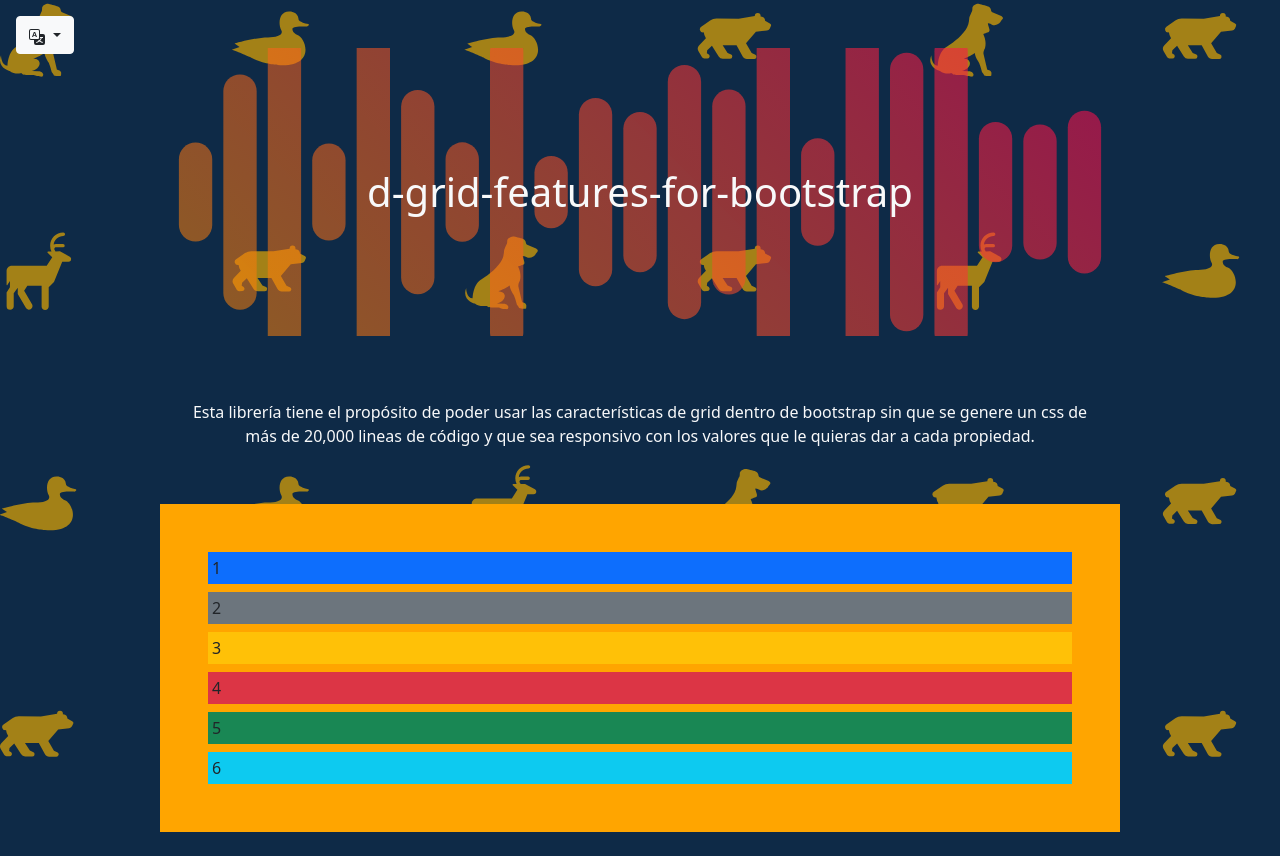
Repository: LynxPardelle/d-grid-features-for-bootstrap
Page: index.html
These files come from the project's save history. The page is drawn as it stood at one moment and after the next save; the edit follows.
The browser window is 1280 px wide. The pictures show the whole page.

Above is the page before, as saved 2022-06-22 18:21:47.
Not found: gfbs-styles.css

### index.html
<!DOCTYPE html>
<html lang="es">
  <head>
    <meta charset="UTF-8" />
    <meta http-equiv="X-UA-Compatible" content="IE=edge" />
    <meta name="viewport" content="width=device-width, initial-scale=1.0" />
    <meta name="author" content="Lynx Pardelle" />
    <title>d-grid-features-for-bootstrap</title>
    <link
      href="https://cdn.jsdelivr.net/npm/bootstrap@5.1.3/dist/css/bootstrap.min.css"
      rel="stylesheet"
      integrity="sha384-1BmE4kWBq78iYhFldvKuhfTAU6auU8tT94WrHftjDbrCEXSU1oBoqyl2QvZ6jIW3"
      crossorigin="anonymous"
    />
    <link rel="stylesheet" href="./style.css" />
    <link rel="stylesheet" href="./gfbs-styles.css" />
  </head>
  <body>
    <!-- Change Language -->
    <div class="dropdown">
      <button
        id="switch-lang"
        class="d-block btn btn-light text-dark position-fixed top-0 start-0 mt-3 ms-3 dropdown-toggle"
        type="button"
        id="dropDownLang"
        data-bs-toggle="dropdown"
        aria-expanded="false"
      >
        <svg
          xmlns="http://www.w3.org/2000/svg"
          width="16"
          height="16"
          fill="currentColor"
          class="bi bi-translate"
          viewBox="0 0 16 16"
        >
          <path
            d="M4.545 6.714 4.11 8H3l1.862-5h1.284L8 8H6.833l-.435-1.286H4.545zm1.634-.736L5.5 3.956h-.049l-.679 2.022H6.18z"
          />
          <path
            d="M0 2a2 2 0 0 1 2-2h7a2 2 0 0 1 2 2v3h3a2 2 0 0 1 2 2v7a2 2 0 0 1-2 2H7a2 2 0 0 1-2-2v-3H2a2 2 0 0 1-2-2V2zm2-1a1 1 0 0 0-1 1v7a1 1 0 0 0 1 1h7a1 1 0 0 0 1-1V2a1 1 0 0 0-1-1H2zm7.138 9.995c.193.301.402.583.63.846-.748.575-1.673 1.001-2.768 1.292.178.217.451.635.555.867 1.125-.359 2.08-.844 2.886-1.494.777.665 1.739 1.165 2.93 1.472.133-.254.414-.673.629-.89-1.125-.253-2.057-.694-2.82-1.284.681-.747 1.222-1.651 1.621-2.757H14V8h-3v1.047h.765c-.318.844-.74 1.546-1.272 2.13a6.066 6.066 0 0 1-.415-.492 1.988 1.988 0 0 1-.94.31z"
          />
        </svg>
      </button>
      <ul class="dropdown-menu" aria-labelledby="dropDownLang">
        <li>
          <button class="w-100 btn text-center" onclick="SwitchLang('es')">
            Español
          </button>
        </li>
        <hr />
        <li>
          <button class="w-100 btn text-center" onclick="SwitchLang('en')">
            English
          </button>
        </li>
      </ul>
    </div>

    <h1 class="text-center text-light my-5">d-grid-features-for-bootstrap</h1>

    <div class="text-center text-light p-3 my-3 w-75 mx-auto">
      <p lang="en">
        This library has the purpose of being able to use the grid features
        within bootstrap without generating a css of more than 20,000 lines of
        code and that is responsive with the values that you want to give to
        each property.
      </p>
      <p lang="es">
        Esta librería tiene el propósito de poder usar las características de
        grid dentro de bootstrap sin que se genere un css de más de 20,000
        lineas de código y que sea responsivo con los valores que le quieras dar
        a cada propiedad.
      </p>
    </div>

    <!-- <section class="d-grid bg-dark" data-gfbs data-gfbs-gtc="repeat(4, 1fr)" data-gfbs-gtr="repeat(2, 50px)" > -->
    <!-- <section class="d-grid bg-dark" data-gfbs data-gfbs-gta='"f f b c c a"" f f d e e a"'> -->
    <section
      class="d-grid w-75 mx-auto my-4"
      data-gfbs
      data-gfbs-custom="background-color: black; padding: 1rem;"
      data-gfbs-custom-sm="background-color: pink; padding: 2rem;"
      data-gfbs-custom-md="background-color: orange; padding: 3rem;"
      data-gfbs-gt='
      [row1-start] "a a b ." 12.5px [row1-end]
      [row2-start] "a a b ." 12.5px [row2-end]
      [row3-start] "c c b d" 12.5px [row3-end]
      [row4-start] "c c b d" 12.5px [row4-end]
      [row5-start] "e e e d" 12.5px [row5-end]
      [row6-start] "e e e d" 12.5px [row6-end]
      [row7-start] ". f f f" 12.5px [row7-end]
      [row8-start] ". f f f" 12.5px [row8-end]
      [row9-start] "g g g g" 25px [row9-end]
      / 2fr 1fr 1fr 3fr'
      data-gfbs-gt-sm='
      [row1-start] "a b b ." 25px [row1-end]
      [row2-start] "a b b ." 25px [row2-end]
      [row3-start] "c c c ." 25px [row3-end]
      [row4-start] "c c c ." 25px [row4-end]
      [row5-start] "e e d d" 25px [row5-end]
      [row6-start] "e e d d" 25px [row6-end]
      [row7-start] ". f f ." 25px [row7-end]
      [row8-start] ". f f ." 25px [row8-end]
      [row9-start] "g g g g" 50px [row9-end]
      / 1fr 2fr 2fr 1fr'
      data-gfbs-gt-md='
      [row1-start] "a a a b" 37.5px [row1-end]
      [row2-start] "a a a b" 37.5px [row2-end]
      [row3-start] "c c d d" 37.5px [row3-end]
      [row4-start] "c c d d" 37.5px [row4-end]
      [row5-start] "e e d d" 37.5px [row5-end]
      [row6-start] "e e d d" 37.5px [row6-end]
      [row7-start] "f f f f" 37.5px [row7-end]
      [row8-start] "g g g g" 37.5px [row8-end]
      [row9-start] "g g g g" 75px [row9-end]
      / 1fr 2fr 2fr 1fr'
      data-gfbs-gt-lg='
      [row1-start] "a a b ." 50px [row1-end]
      [row2-start] "a a b ." 50px [row2-end]
      [row3-start] "c c b d" 50px [row3-end]
      [row4-start] "c c b d" 50px [row4-end]
      [row5-start] "e e e d" 50px [row5-end]
      [row6-start] "e e e d" 50px [row6-end]
      [row7-start] ". f f f" 50px [row7-end]
      [row8-start] ". f f f" 50px [row8-end]
      [row9-start] "g g g g" 100px [row9-end]
      / 1fr 2fr 2fr 1fr'
      data-gfbs-gt-xl='
      [row1-start] "a a b ." 62.5px [row1-end]
      [row2-start] "a a b ." 62.5px [row2-end]
      [row3-start] "c c b d" 62.5px [row3-end]
      [row4-start] "c c b d" 62.5px [row4-end]
      [row5-start] "e e e d" 62.5px [row5-end]
      [row6-start] "e e e d" 62.5px [row6-end]
      [row7-start] ". f f f" 62.5px [row7-end]
      [row8-start] ". f f f" 62.5px [row8-end]
      [row9-start] "g g g g" 125px [row9-end]
      / 1fr 2fr 2fr 1fr'
      data-gfbs-gt-xxl='
      [row1-start] "a a b ." 87.5px [row1-end]
      [row2-start] "a a b ." 87.5px [row2-end]
      [row3-start] "c c b d" 87.5px [row3-end]
      [row4-start] "c c b d" 87.5px [row4-end]
      [row5-start] "e e e d" 87.5px [row5-end]
      [row6-start] "e e e d" 87.5px [row6-end]
      [row7-start] ". f f f" 87.5px [row7-end]
      [row8-start] ". f f f" 87.5px [row8-end]
      [row9-start] "g g g g" 150px [row9-end]
      / 1fr 2fr 2fr 1fr'
      data-gfbs-gap="0.5rem"
    >
      <!-- data-gfbs-cg="1rem"
      data-gfbs-rg="1rem" -->
      <div
        data-gfbs
        data-gfbs-iga="a"
        data-gfbs-iga-sm="g"
        class="bg-primary p-1"
      >
        1
      </div>

      <div data-gfbs data-gfbs-iga="b" class="bg-secondary p-1">2</div>
      <div data-gfbs data-gfbs-iga="c" class="bg-warning p-1">3</div>
      <div
        data-gfbs
        data-gfbs-iga="d"
        data-gfbs-iga-lg="f"
        class="bg-danger p-1"
      >
        4
      </div>
      <div data-gfbs data-gfbs-iga="e" class="bg-success p-1">5</div>
      <div data-gfbs data-gfbs-iga="f" data-gfbs-iga-md="a" class="bg-info p-1">
        6
      </div>
    </section>

    <script
      src="https://cdn.jsdelivr.net/npm/bootstrap@5.1.3/dist/js/bootstrap.bundle.min.js"
      integrity="sha384-ka7Sk0Gln4gmtz2MlQnikT1wXgYsOg+OMhuP+IlRH9sENBO0LRn5q+8nbTov4+1p"
      crossorigin="anonymous"
    ></script>
    <script src="./d-grid.js"></script>
    <script src="./langChanger.js"></script>
  </body>
</html>

### d-grid.js
"use strict";

let alreadyCreatedClasses = [];
let alreadyCreatedClassesNames = [];

async function GridCreate() {
  try {
    let sheets = [...document.styleSheets];
    let filetedSheet = [];
    for (let sheet of sheets) {
      if (sheet.href?.includes("gfbs-styles")) {
        filetedSheet.push(sheet);
      }
    }
    sheets = filetedSheet;
    let startTimeGridCreat = performance.now();
    // let wWidth = window.innerWidth;
    let gridElements = document.querySelectorAll("[data-gfbs]");
    let gfbsStringed = "";
    let gfbsStringedSM = "";
    let gfbsStringedMD = "";
    let gfbsStringedLG = "";
    let gfbsStringedXl = "";
    let gfbsStringedXXL = "";
    for (let gridElement of gridElements) {
      let newClasses = [];
      for (let attribute of gridElement.attributes) {
        let at = attribute.localName;
        let attValue = attribute.value;

        if (at.includes("gfbs-")) {
          let gfb = at.replace("data-", "");
          let newRandomClassName;
          do {
            newRandomClassName = await randomString(8);
          } while (
            alreadyCreatedClassesNames.includes(`${gfb}-${newRandomClassName}`)
          );
          let gfbStringed = `.${gfb}-${newRandomClassName}`;
          let aCrClMessage;
          for (let aCrCl of alreadyCreatedClasses) {
            let aClass = aCrCl.split("DIVISOR")[0];
            let aAttVal = aCrCl.split("DIVISOR")[1];
            if (attValue === aAttVal) {
              newClasses.push(aClass);
              aCrClMessage = "continue";
            }
          }
          if (aCrClMessage === "continue") {
            continue;
          }
          /* let cssRules = sheets.map((s) =>
            [...s.cssRules]
              .reverse()
          );
          console.log(cssRules); */
          if (
            sheets
              .map((s) =>
                [...s.cssRules]
                  .reverse()
                  .find((i) => i.cssText.includes(gfbStringed))
              )
              .filter((i) => i)
              .pop()
          ) {
            continue;
          }
          alreadyCreatedClasses.push(
            `${gfb}-${newRandomClassName}DIVISOR${attValue}`
          );
          newClasses.push(`${gfb}-${newRandomClassName}`);
          let gfbSplited = await gfb.split("-");
          let hasBP = false;
          let property = gfbSplited[1];
          if (
            gfbSplited[2] === "sm" ||
            gfbSplited[2] === "md" ||
            gfbSplited[2] === "lg" ||
            gfbSplited[2] === "xl" ||
            gfbSplited[2] === "xxl"
          ) {
            hasBP = true;
          }
          attValue = attValue.replace(/\n/g, "").replace(/\s\s/g, "");
          switch (property) {
            // Container
            case "custom":
              gfbStringed += `{${attValue}}`;
              break;
            case "gtc":
              gfbStringed += `{grid-template-columns:${attValue};}`;
              break;
            case "gtr":
              gfbStringed += `{gridTemplateRows:${attValue};}`;
              break;
            case "gta":
              gfbStringed += `{gridTemplateAreas:${attValue};}`;
              break;
            case "gt":
              gfbStringed += `{gridTemplate:${attValue};}`;
              break;
            case "cg":
              gfbStringed += `{columnGap:${attValue};}`;
              break;
            case "rg":
              gfbStringed += `{rowGap:${attValue};}`;
              break;
            case "gap":
              gfbStringed += `{gap:${attValue};}`;
              break;
            case "ji":
              gfbStringed += `{justifyItems:${attValue};}`;
              break;
            case "ai":
              gfbStringed += `{alignItems:${attValue};}`;
              break;
            case "pi":
              gfbStringed += `{placeItems:${attValue};}`;
              break;
            case "jc":
              gfbStringed += `{justifyContent:${attValue};}`;
              break;
            case "ac":
              gfbStringed += `{alignContent:${attValue};}`;
              break;
            case "pc":
              gfbStringed += `{placeContent:${attValue};}`;
              break;
            case "gac":
              gfbStringed += `{gridAutoColumns:${attValue};}`;
              break;
            case "gar":
              gfbStringed += `{gridAutoRows:${attValue};}`;
              break;
            case "gaf":
              gfbStringed += `{gridAutoFlow:${attValue};}`;
              break;
            case "grid":
              gfbStringed += `{grid:${attValue};}`;
              break;

            // Item
            case "gcs":
              gfbStringed += `{gridColumnStart:${attValue};}`;
              break;
            case "gce":
              gfbStringed += `{gridColumnEnd:${attValue};}`;
              break;
            case "gc":
              gfbStringed += `{gridColumn:${attValue};}`;
              break;
            case "grs":
              gfbStringed += `{gridRowStart:${attValue};}`;
              break;
            case "gre":
              gfbStringed += `{gridRowEnd:${attValue};}`;
              break;
            case "gr":
              gfbStringed += `{gridRow:${attValue};}`;
              break;
            case "iga":
              gfbStringed += `{gridArea:${attValue};}`;
              break;
            case "js":
              gfbStringed += `{justifySelf:${attValue};}`;
              break;
            case "as":
              gfbStringed += `{alignSelf:${attValue};}`;
              break;
            case "ps":
              gfbStringed += `{placeSelf:${attValue};}`;
              break;
          }
          for (let cssProperty of gfbStringed.split(";")) {
            if (!cssProperty.includes("!important") && cssProperty.length > 5) {
              gfbStringed = gfbStringed.replace(
                cssProperty,
                cssProperty + " !important"
              );
            }
          }

          if (gfbStringed.includes("{") && gfbStringed.includes("}")) {
            if (hasBP === true) {
              gfbStringed = gfbStringed.replace(/\//g, "");
              switch (gfbSplited[2]) {
                case "sm":
                  gfbsStringedSM += gfbStringed;
                  break;
                case "md":
                  gfbsStringedMD += gfbStringed;
                  break;
                case "lg":
                  gfbsStringedLG += gfbStringed;
                  break;
                case "xl":
                  gfbsStringedXl += gfbStringed;
                  break;
                case "xxl":
                  gfbsStringedXXL += gfbStringed;
                  break;
              }
            } else {
              gfbsStringed += gfbStringed + "DIVGFB";
            }
          }
        }
      }
      /* Here gridElement will get the newClasses */
      for (let newClass of newClasses) {
        gridElement.classList.add(newClass.split("DIVISOR")[0]);
      }
    }
    if (gfbsStringed !== "") {
      for (let gfb of gfbsStringed.split("DIVGFB")) {
        if (gfb !== "") {
          await createCSSRules(gfb);
        }
      }
    }
    if (gfbsStringedSM !== "") {
      await createCSSRules(
        `@media only screen and (min-width: 576px) {${gfbsStringedSM}}`
      );
    }
    if (gfbsStringedMD !== "") {
      await createCSSRules(
        `@media only screen and (min-width: 768px) {${gfbsStringedMD}}`
      );
    }
    if (gfbsStringedLG !== "") {
      await createCSSRules(
        `@media only screen and (min-width: 992px) {${gfbsStringedLG}}`
      );
    }
    if (gfbsStringedXl !== "") {
      await createCSSRules(
        `@media only screen and (min-width: 1200px) {${gfbsStringedXl}}`
      );
    }
    if (gfbsStringedXXL !== "") {
      await createCSSRules(
        `@media only screen and (min-width: 1400px) {${gfbsStringedXXL}}`
      );
    }
    var endTimeGridCreat = performance.now();
    let gfbTimer = document.getElementById("gfbTimer");
    if (gfbTimer) {
      console.log(
        `Call to GridCreat() took ${
          endTimeGridCreat - startTimeGridCreat
        } milliseconds`
      );
      gfbTimer.innerHTML = `
      <p class="my-0">
      Call to GridCreat() took ${
        endTimeGridCreat - startTimeGridCreat
      } milliseconds
      </p>
      `;
    }
  } catch (err) {
    console.log(err);
  }
}
async function createCSSRules(rule) {
  try {
    let sheets = [...document.styleSheets];
    let filetedSheet = [];
    for (let sheet of sheets) {
      if (sheet.href?.includes("gfbs-styles")) {
        filetedSheet.push(sheet);
      }
    }
    sheets = filetedSheet;
    let sheet;
    if (sheets[sheets.length - 1]) {
      sheet = sheets[sheets.length - 1];
    } else {
      sheet = sheets.pop();
    }
    let ruleI;
    ruleI = rule;
    let selector = "";
    let props = "";
    let propsArr = [];
    let ruleOriginal = "";
    if (ruleI && !ruleI.split("{")[0].includes("@media")) {
      selector = ruleI.split("{")[0];
      // CSS (& HTML) reduce spaces in selector to one.
      selector = selector.replace("\n", "").replace(/\s+/g, " ");
      let findRule = (s) =>
        [...s.cssRules].reverse().find((i) => i.cssText.includes(selector));
      ruleOriginal = await sheets
        .map(findRule)
        .filter((i) => i)
        .pop();

      props = ruleI.split("{")[1].split("}")[0];
      props = props.trim();
      if (props.lastIndexOf(";") === props.length - 1) {
        props = props.substring(0, props.length - 1);
      }
      if (props.includes("\n")) {
        let propsN = "";
        props.split("\n").forEach((prop) => {
          prop = prop.trim();
          propsN += " " + prop;
        });
        props = propsN.trim();
      }
      propsArr = props.split(/\s*;\s*/).map((i) => i.split(/\s*:\s*/));
    } else {
      let i = 0;
      let newRule = {
        rule: "",
        prop: "",
      };
      for (let ruleISplit of ruleI.split("{")) {
        if (i === 0) {
          ruleOriginal = [];
          i++;
          continue;
        }
        selector = ruleISplit.includes("}")
          ? ruleISplit.split("}")[ruleISplit.split("}").length - 1]
          : ruleISplit;
        // CSS (& HTML) reduce spaces in selector to one.
        if (selector !== "") {
          selector = selector.replace("\n", "").replace(/\s+/g, " ");
          let findRule = (s) =>
            [...s.cssRules].reverse().find((i) => i.cssText.includes(selector));
          let posibleRule = await sheets
            .map(findRule)
            .filter((i) => i)
            .pop();

          if (posibleRule != undefined) {
            newRule.rule = posibleRule;
          }
        } else {
          props = ruleISplit.includes("}")
            ? ruleISplit.split("}")[0]
            : ruleISplit;

          // CSS (& HTML) reduce spaces in selector to one.
          if (props !== "") {
            props = props.replace("\n", "").replace(/\s+/g, " ");
            if (props.lastIndexOf(";") === props.length - 1) {
              props = props.substring(0, props.length - 1);
            }
            if (props.includes("\n")) {
              let propsN = "";
              props.split("\n").forEach((prop) => {
                prop = prop.trim();
                propsN += " " + prop;
              });
              props = propsN.trim();
            }
            let propArr = props.split(/\s*;\s*/).map((i) => i.split(/\s*:\s*/));
            if (newRule.rule != "") {
              newRule.prop = propArr;
              ruleOriginal.push(newRule);
              newRule = {
                rule: "",
                prop: "",
              };
            }
          }
        }
      }
    }
    console.log(ruleI)
    if (
      (typeof ruleOriginal === "string" && ruleOriginal !== "") ||
      (typeof ruleOriginal === "object" && ruleOriginal[0])
    ) {
      if (ruleOriginal[0]) {
        for (let ruleO of ruleOriginal) {
          console.log(ruleO);
          for (let [prop, val] of ruleO.prop) {
            console.log(prop);
            console.log(val);
            prop = prop
              .replace(/-(.)/g, (a) => {
                return a.toUpperCase();
              })
              .replace(/-/g, "");
            console.log(ruleO.rule);
            ruleO.rule.cssRules[0].style[prop] = await val.split(
              / *!(?=important)/
            );
            console.log(ruleO.rule.cssRules[0]);
          }
        }
      } else {
        for (let [prop, val] of propsArr) {
          console.log(prop);
          prop = prop
            .replace(/-(.)/g, (a) => {
              return a.toUpperCase();
            })
            .replace(/-/g, "");
          ruleOriginal.style[prop] = val.split(/ *!(?=important)/);
        }
      }
    } else {
      await sheet.insertRule(ruleI, sheet.cssRules.length);
    }
  } catch (err) {
    console.log(err);
  }
}

async function randomString(length) {
  let result = "";
  const characters =
    "ABCDEFGHIJKLMNOPQRSTUVWXYZabcdefghijklmnopqrstuvwxyz0123456789";
  const charactersLength = characters.length;
  for (let i = 0; i < length; i++) {
    result += characters.charAt(Math.floor(Math.random() * charactersLength));
  }
  return result;
}

/* const checkIfHasBP = (gridElement, atr) => {
    let hasIt = false;
    for (let attribute of gridElement.attributes) {
      let at = attribute.localName;
      if (at.includes(atr)) {
        switch (true) {
          case "-sm" && wWidth >= 576 && wWidth < 768:
            hasIt = true;
            break;
          case "-md" && wWidth >= 768 && wWidth < 992:
            hasIt = true;
            break;
          case "-lg" && wWidth >= 992 && wWidth < 1200:
            hasIt = true;
            break;
          case "-xl" && wWidth >= 1200 && wWidth < 1400:
            hasIt = true;
            break;
          case "-xxl" && wWidth >= 1400:
            hasIt = true;
            break;
        }
      }
    }

    return hasIt;
  }; */

if (window) {
  window.onload = GridCreate();
  window.addEventListener("resize", GridCreate);
}

if (typeof exports != "undefined") {
  exports.GridCreate = GridCreate(() => {
    GridCreate();
  });
  exports.createCSSRules = exportcreateCSSRules((rule) => {
    return createCSSRules(rule);
  });
}

### langChanger.js
let currentLang = document.documentElement.lang;

let elementsEs = document.querySelectorAll('[lang="es"]');
let elementsEn = document.querySelectorAll('[lang="en"]');

if(currentLang === "en"){
  for (let element of elementsEs) {
    element.classList.add("d-none");
  }
} else {
  for (let element of elementsEn) {
    element.classList.add("d-none");
  }
}

// document.getElementById("switch-lang").addEventListener("click", SwitchLang());
function SwitchLang(lang) {
  currentLang = lang;
  document.documentElement.lang = lang;
  switch (true) {
    case currentLang === "es":
      document.documentElement.lang = "es";
      for (let element of elementsEn) {
        if (!hasClass(element, "d-none") && element.nodeName !== "HTML") {
          element.classList.add("d-none");
        }
      }
      for (let element of elementsEs) {
        if (hasClass(element, "d-none")) {
          element.classList.remove("d-none");
        }
      }
      break;
    case currentLang === "en":
      document.documentElement.lang = "en";
      for (let element of elementsEs) {
        if (!hasClass(element, "d-none") && element.nodeName !== "HTML") {
          element.classList.add("d-none");
        }
      }
      for (let element of elementsEn) {
        if (hasClass(element, "d-none")) {
          element.classList.remove("d-none");
        }
      }
      break;
  }
}

function hasClass(element, className) {
  return (" " + element.className + " ").indexOf(" " + className + " ") > -1;
}

Loaded but not shown: style.css (library)

After the next save:
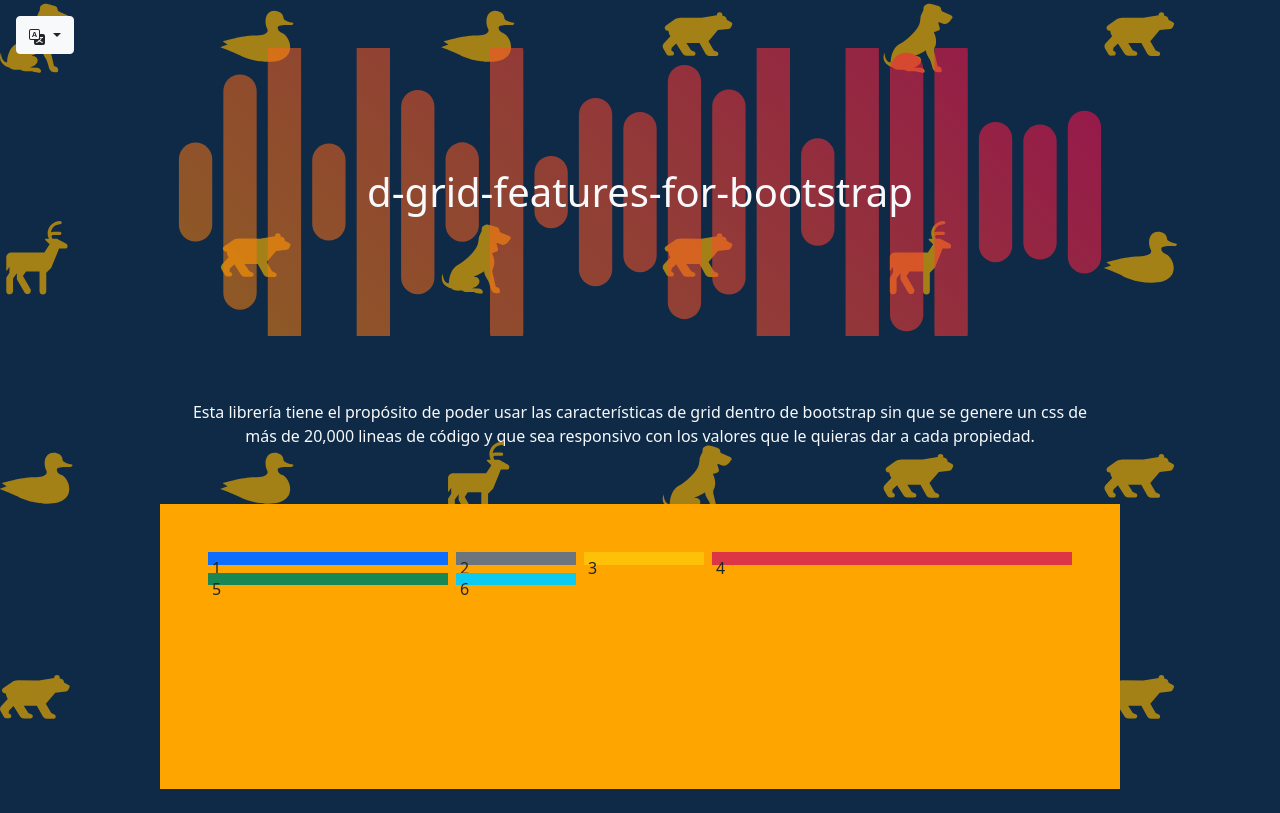
Saved 42 s later.
--- a/d-grid.js
+++ b/d-grid.js
@@ -82,7 +82,7 @@ async function GridCreate() {
           ) {
             hasBP = true;
           }
-          attValue = attValue.replace(/\n/g, "").replace(/\s\s/g, "");
+          // attValue = attValue.replace(/\n/g, "").replace(/\s\s/g, "");
           switch (property) {
             // Container
             case "custom":
@@ -92,13 +92,13 @@ async function GridCreate() {
               gfbStringed += `{grid-template-columns:${attValue};}`;
               break;
             case "gtr":
-              gfbStringed += `{gridTemplateRows:${attValue};}`;
+              gfbStringed += `{grid-template-rows:${attValue};}`;
               break;
             case "gta":
-              gfbStringed += `{gridTemplateAreas:${attValue};}`;
+              gfbStringed += `{grid-template-areas:${attValue};}`;
               break;
             case "gt":
-              gfbStringed += `{gridTemplate:${attValue};}`;
+              gfbStringed += `{grid-template:${attValue};}`;
               break;
             case "cg":
               gfbStringed += `{columnGap:${attValue};}`;
